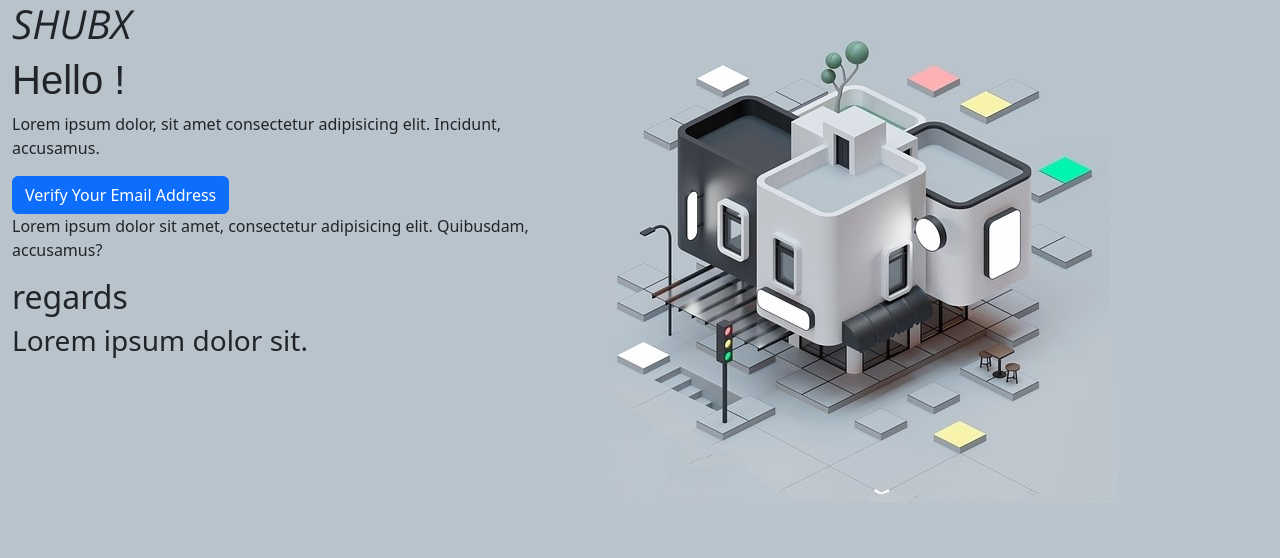
Repository: Aayush919/taskui
Page: index.html
An editor plug-in stored every save of this project. The page is shown before and after a run of saves, followed by the edit.
The browser window is 1280 px wide. The pictures show the whole page.
Some web fonts or font styles are not loaded; a fallback is used.

Above is the page before, as saved 2024-01-12 14:53:44.

After the next 3 saves:
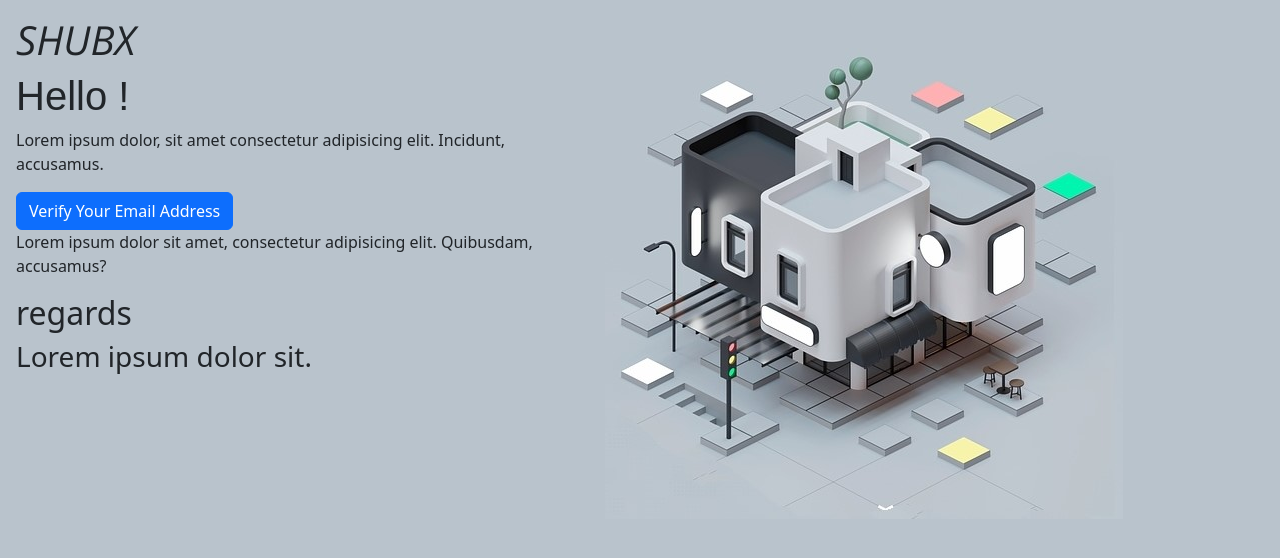
The 3 saves are shown as one change because they came seconds apart.
The last was saved 12 s later.
--- a/index.html
+++ b/index.html
@@ -18,8 +18,8 @@
 
 <body >
 
-    <div class="bg-light custom-bg">
-    <div class="container-fluid custom-bg">
+    <div class="bg-light custom-bg ">
+    <div class="container-fluid custom-bg p-3">
         <div class="row">
             <div class="col-lg-6 left">
                 <div class="top">
